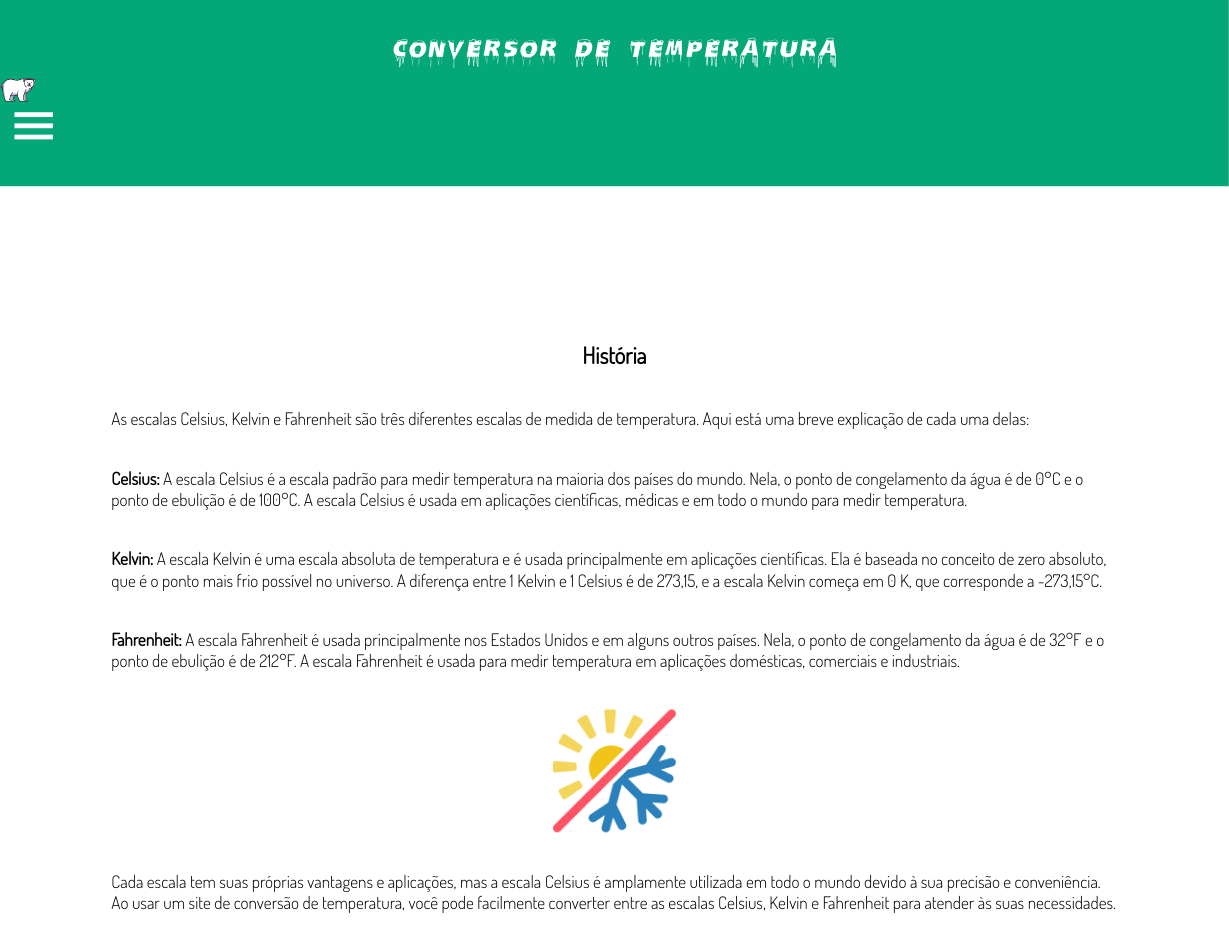
Repository: Leonngc/Conversor-de-temperatura
Page: history.html
These files come from the project's save history. The page is drawn as it stood at one moment and after a run of saves; the edit follows.
The browser window is 1280 px wide. The pictures show the whole page, at 96% of full size.
Some web libraries are served in a nearby version.

Above is the page before, as saved 2023-02-12 00:56:13.

After the next 2 saves:
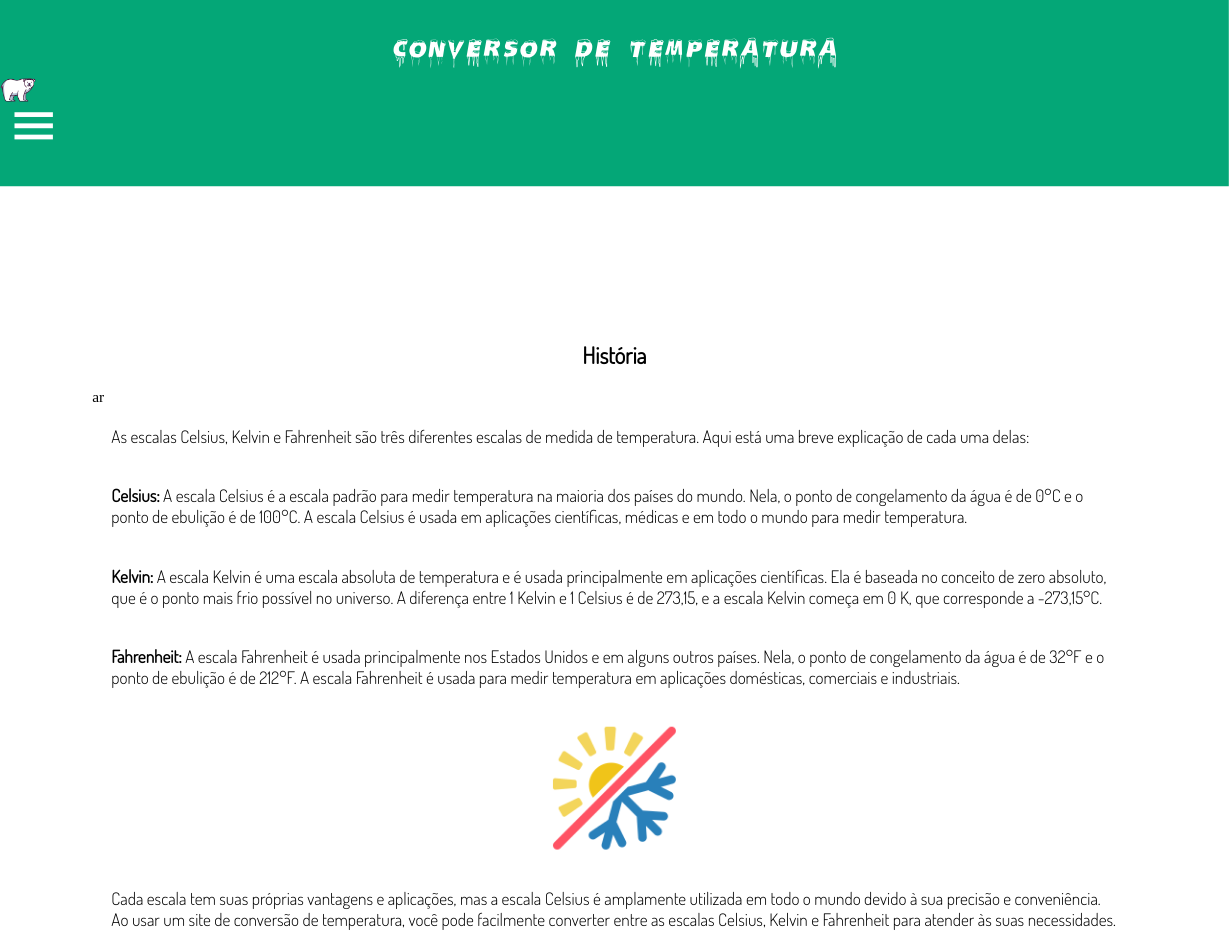
The 2 saves are shown as one change because they came seconds apart.
The last was saved 2 min 43 s later.
--- a/history.html
+++ b/history.html
@@ -33,6 +33,9 @@
     </header>
     <main>
       <h2>História</h2>
+
+      ar
+
       <article>
         <p>
           As escalas Celsius, Kelvin e Fahrenheit são três diferentes escalas de
